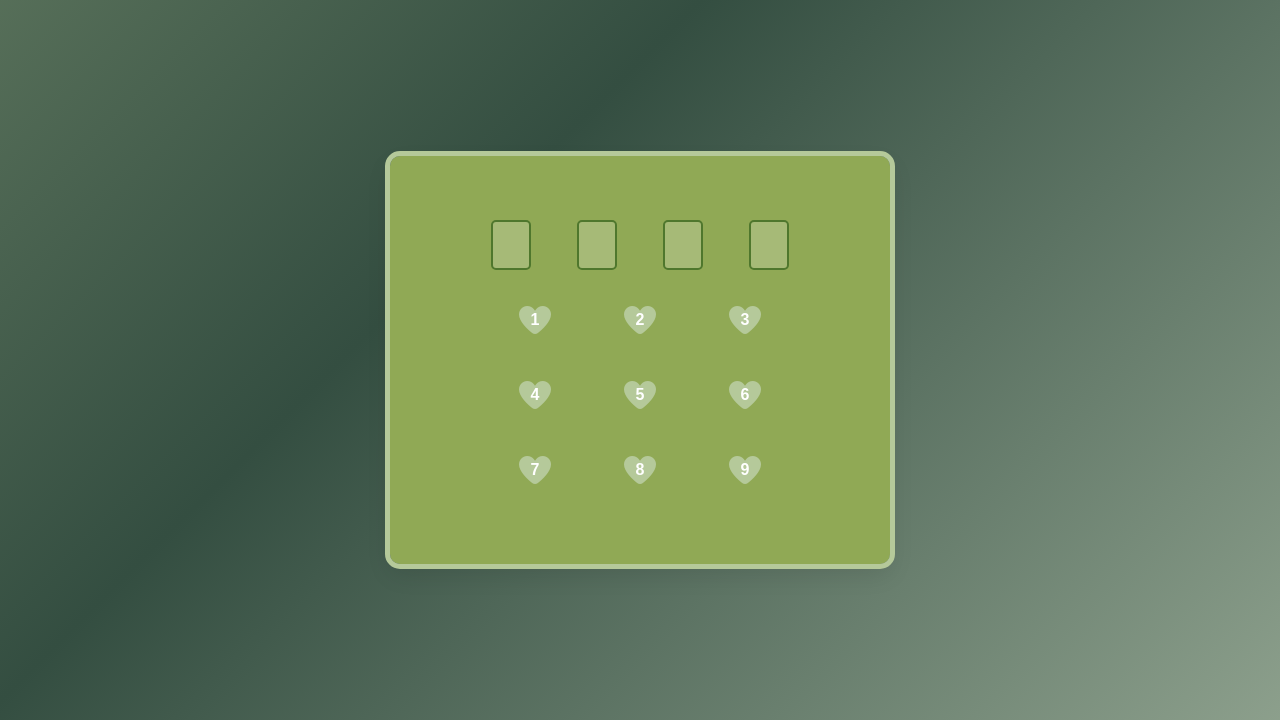
Repository: jahatesu/project-cutie
Page: index.html
These files come from the project's save history. The page is drawn as it stood at one moment and after a run of saves; the edit follows.
The browser window is 1280 px wide. The pictures show the whole page.
Some web libraries are served in a nearby version.

Above is the page before, as saved 2025-08-14 21:26:30.
Console error: TypeError: Cannot read properties of null (reading 'getBoundingClientRect')

### index.html
<!DOCTYPE html>
<html lang="en">
<head>
    <meta charset="UTF-8"
    meta http-equiv="X-UA-Compatible" content="IE=edge">
    <meta name="viewport" content="width=device-width, initial-scale=1.0">
    <title>idk yet</title>
    <link rel="stylesheet" href="https://cdnjs.cloudflare.com/ajax/libs/font-awesome/7.0.0/css/all.min.css">
    <link rel="stylesheet" href="style.css">
</head>

<body>
    <div class="wrapper">
        <!-- <i class="fa-solid fa-heart"></i>
        <h2 class="question">Do you wanna see why I think you’re the cutest?</h2>
        <div class="btn-group">
            <button class="btn-yes">Yes</button>
            <button class="btn-no">No</button>
        </div> -->

        <!-- PIN DISPLAY -->
         <div class="pin-display">
            <div class="pin-box"></div>
            <div class="pin-box"></div>
            <div class="pin-box"></div>
            <div class="pin-box"></div>
         </div>

         <!-- HEART BUTTONS -->
         <div class="heart-pad">
            <button data-num="1"><i class="fa-solid fa-heart"></i><span>1</span></button>
            <button data-num="2"><i class="fa-solid fa-heart"></i><span>2</span></button>
            <button data-num="3"><i class="fa-solid fa-heart"></i><span>3</span></button>
            <button data-num="4"><i class="fa-solid fa-heart"></i><span>4</span></button>
            <button data-num="5"><i class="fa-solid fa-heart"></i><span>5</span></button>
            <button data-num="6"><i class="fa-solid fa-heart"></i><span>6</span></button>
            <button data-num="7"><i class="fa-solid fa-heart"></i><span>7</span></button>
            <button data-num="8"><i class="fa-solid fa-heart"></i><span>8</span></button>
            <button data-num="9"><i class="fa-solid fa-heart"></i><span>9</span></button>

        </div>
    </div>

    <script src="script.js"></script>


</body>
</html>

### style.css
:root{
    --bg1:#e9f5db;
    --bg2:#90a955;
    --accent:#b5c99a;
    --ink:#232323;
    --splash-duration: 2600ms;
  }

*{
    margin: 0;
    padding: 0;
    box-sizing: border-box;
}

html, body {
    display: flex;
    justify-content: center;
    align-items: center;
    min-height: 100vh;
  width: 100%;
  height:100%;
}

body {
    background: linear-gradient(-45deg, #e9f5db, #344e41, #b5c99a, #23d5ab);
    background-size: 400% 400%;
    animation: gradient 15s ease infinite;
}

@keyframes gradient {
    0% {
        background-position: 0% 50%;
    }
    50% {
        background-position: 100% 50%;
    }
    100% {
        background-position: 0% 50%;
    }
}
.wrapper{
    position: relative;
    width: 90%;
    padding: 5%;
    max-width: 500px;
    margin: 50px 50px;
    height: fit-content;
    /* max-height: 50%; */
    background: #90a955;
    border-radius: 10px;
    display: flex;
    justify-content: center;
    align-items: center;
    box-shadow: 0 10px 25px rgba(0,0,0,0.1);
    flex-direction: column;
    text-align: center;
    outline: 5px solid #b5c99a;
}

.pin-display{
  display: flex;
  justify-content: space-between;
  margin-bottom: 20px;
  width: 80%;
}

.pin-box{
  width: clamp(30px, 9vw, 40px);
  height: clamp(30px, 9vw, 50px);
  border: 2px solid #4f772d;
  border-radius: 5px;
  background: rgba(255,255,255,0.2);
}

.heart-pad {
  display: grid;
  grid-template-columns: repeat(3, 1fr);
  gap: 15px;
  width: 100%;
  max-width: 300px;
  justify-items: center;
  margin: 0 auto;
}

.heart-pad button {
  position: relative;
  width: 60px;
  height: 60px;
  background: none;        /* remove default button background */
  border: none;
  cursor: pointer;
  font-size: 1rem;
  color: white;
  display: flex;
  justify-content: center;
  align-items: center;
  outline: 4px solid transparent; /* outline for focus state */
  transition: outline-color 0.3s ease;
}


.heart-pad i {
  position: absolute;      /* behind the number */
  font-size: 2rem;         /* heart size */
  color: #b5c99a;          /* heart color */
  z-index: 0;
}

.heart-pad button span {
  position: relative;
  z-index: 1;              /* number above the heart */
  font-weight: bold;
}


/* .wrapper i {
  font-size: 50px;
  margin-bottom: 10px;
  color: #e9f5db;
}

i{
    font-size:7.5em;
    color: #e9f5db;
    border: 5px solid transparent;
}

h2{
    font-size: 2em;
    color: #e9f5db;
    margin: 15px 0;
}
@media (max-width: 600px) {
  .h2 {
    font-size: 1.2rem;
  }
}

.btn-group{
    width: 100%;
    height: 40px;
    display: flex;
    justify-content: center;
    margin-top: 15px;
}

button {
    position: absolute;
    width: 150px;
    height: inherit;
    font-size: 1.2em;
    color: #e9f5db;
    font-weight: 600;
    border-radius: 30px;
    border: 2px solid #4f772d;
    cursor: pointer;
    box-shadow: 0 5px 15px rgba(0,0,0,0.3);
}

button:nth-child(1){
    margin-left: -200px;
    background: #4f772d;
    color: #b5c99a;
}

button:nth-child(2){
    margin-right: -200px;
    color: #b5c99a;
}

@media (max-width: 400px) {
  .question {
    font-size: 5vw;
  }
  button {
    font-size: 4vw;
  }
} */

### script.js
const wrapper = document.querySelector(".wrapper");
const question = document.querySelector(".question");
const yesBtn = document.querySelector(".btn-yes");
const noBtn = document.querySelector(".btn-no");

const wrapperRect = wrapper.getBoundingClientRect();
const noBtnRect = noBtn.getBoundingClientRect();


yesBtn.addEventListener('click', () => {
    question.innerHTML = 'I knew it! Love you too <3 ';
})

noBtn.addEventListener('mouseover', () => {
    const i = Math.floor(Math.random() * (wrapperRect.width - noBtnRect.width));
    const j = Math.floor(Math.random() * (wrapperRect.height - noBtnRect.height));
    noBtn.style.left = i + "px";
    noBtn.style.top = j + "px";
})

After the next 2 saves:
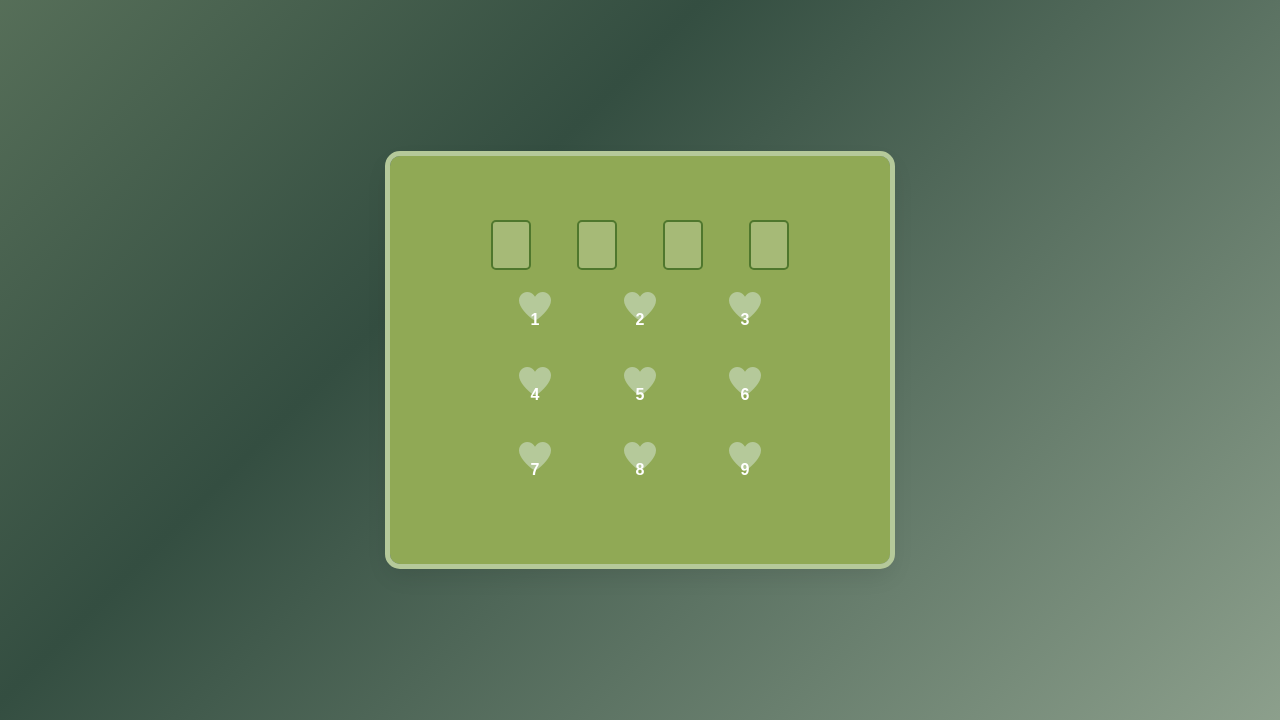
The 2 saves are shown as one change because they came seconds apart.
The last was saved 107 min 21 s later.
--- a/style.css
+++ b/style.css
@@ -100,7 +100,9 @@
 
 
 .heart-pad i {
-  position: absolute;      /* behind the number */
+  position: absolute;
+  width: 60px;
+  height: 60px;    /* behind the number */
   font-size: 2rem;         /* heart size */
   color: #b5c99a;          /* heart color */
   z-index: 0;

After the 2 saves that followed:
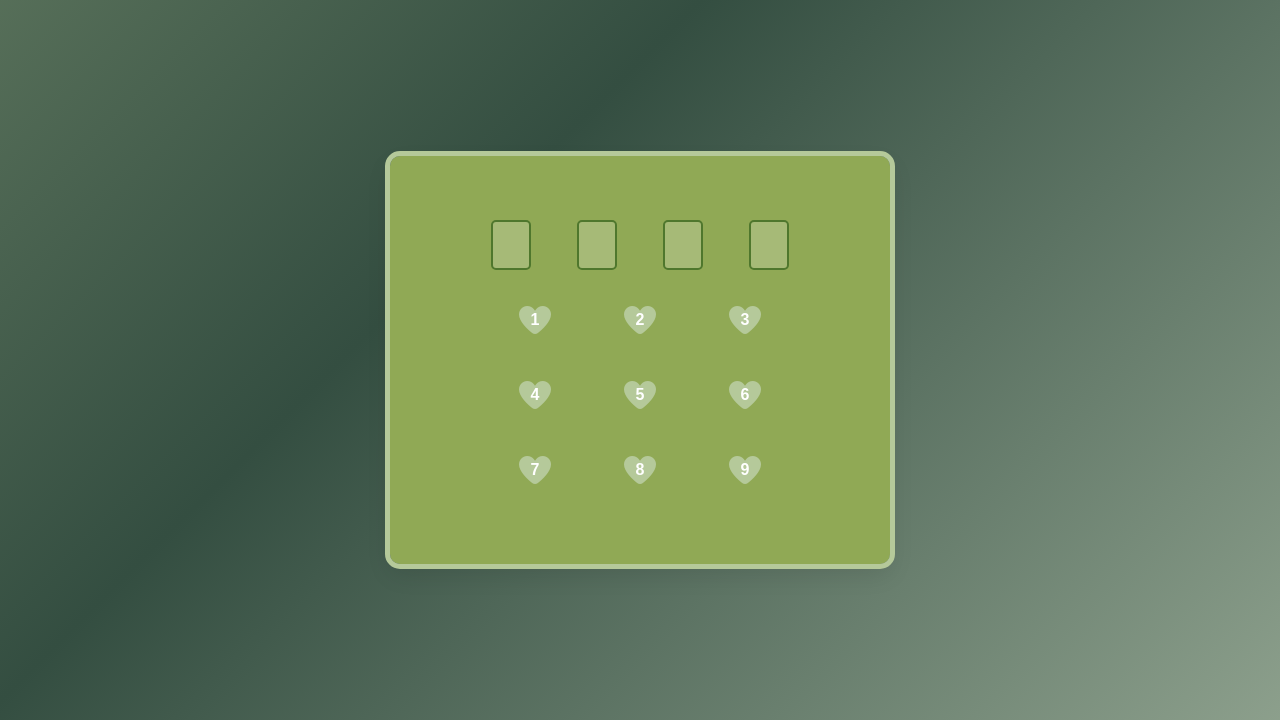
The 2 saves are shown as one change because they came seconds apart.
The last was saved 7 s later.
--- a/style.css
+++ b/style.css
@@ -100,9 +100,7 @@
 
 
 .heart-pad i {
-  position: absolute;
-  width: 60px;
-  height: 60px;    /* behind the number */
+  position: absolute;      /* behind the number */
   font-size: 2rem;         /* heart size */
   color: #b5c99a;          /* heart color */
   z-index: 0;
